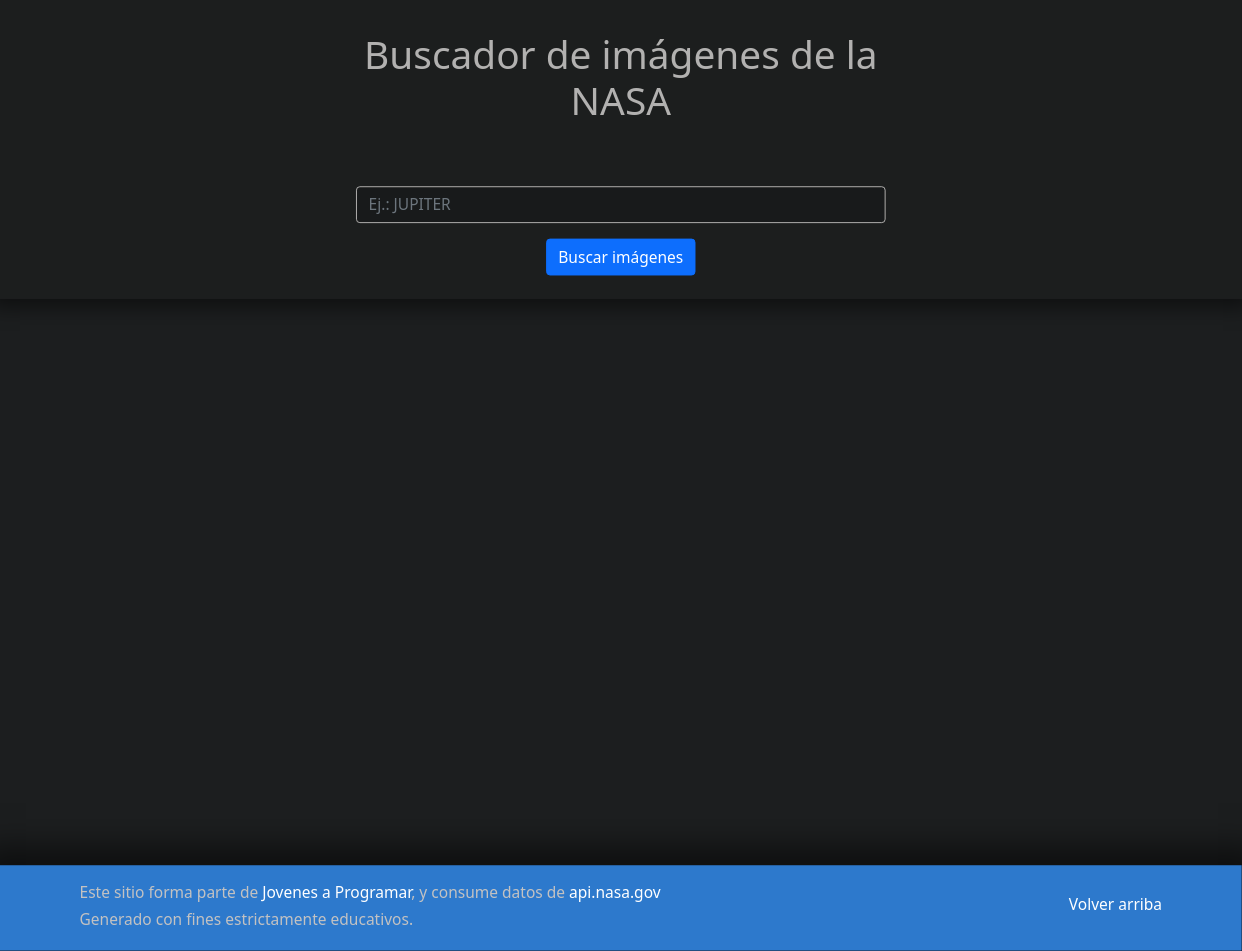
Repository: romancegirl/galaxies
Page: index.html
The author's editor kept a copy of each file at every save. The page is drawn from the files as they stood at one save, then again after the next save.
The browser window is 1280 px wide. The pictures show the whole page, at 97% of full size.

Above is the page before, as saved 2024-11-30 04:48:43.

After the next save:
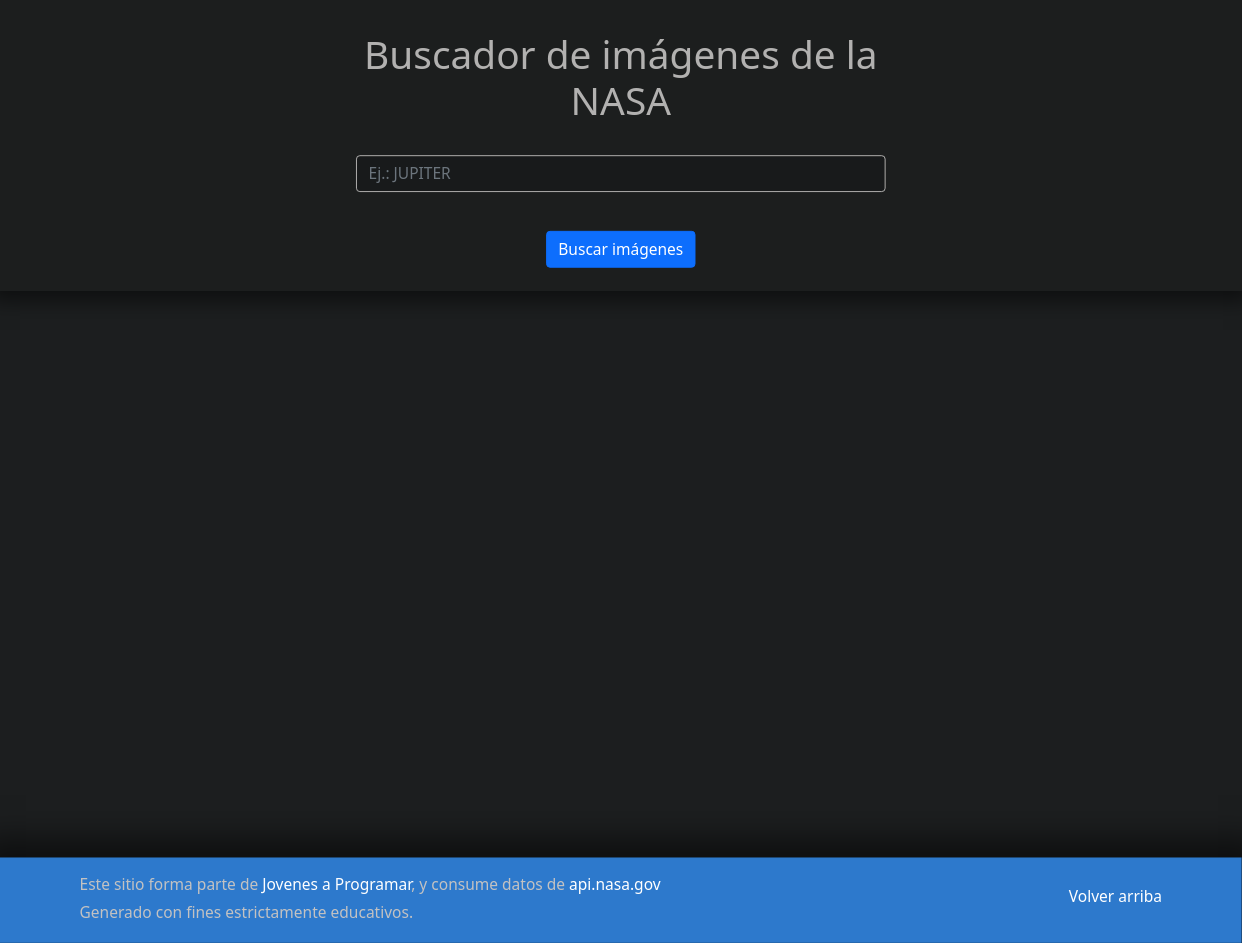
Saved 29 s later.
--- a/css/style.css
+++ b/css/style.css
@@ -18,8 +18,8 @@ main {
     box-shadow: 0 0 20px 10px rgba(0, 0, 0, 0.5);
 }
 
-h1, input {
-    margin-bottom: 4rem;
+h1, #inputBuscar {
+    margin-bottom: 2rem;
 }
 
 input[type="search"] {
